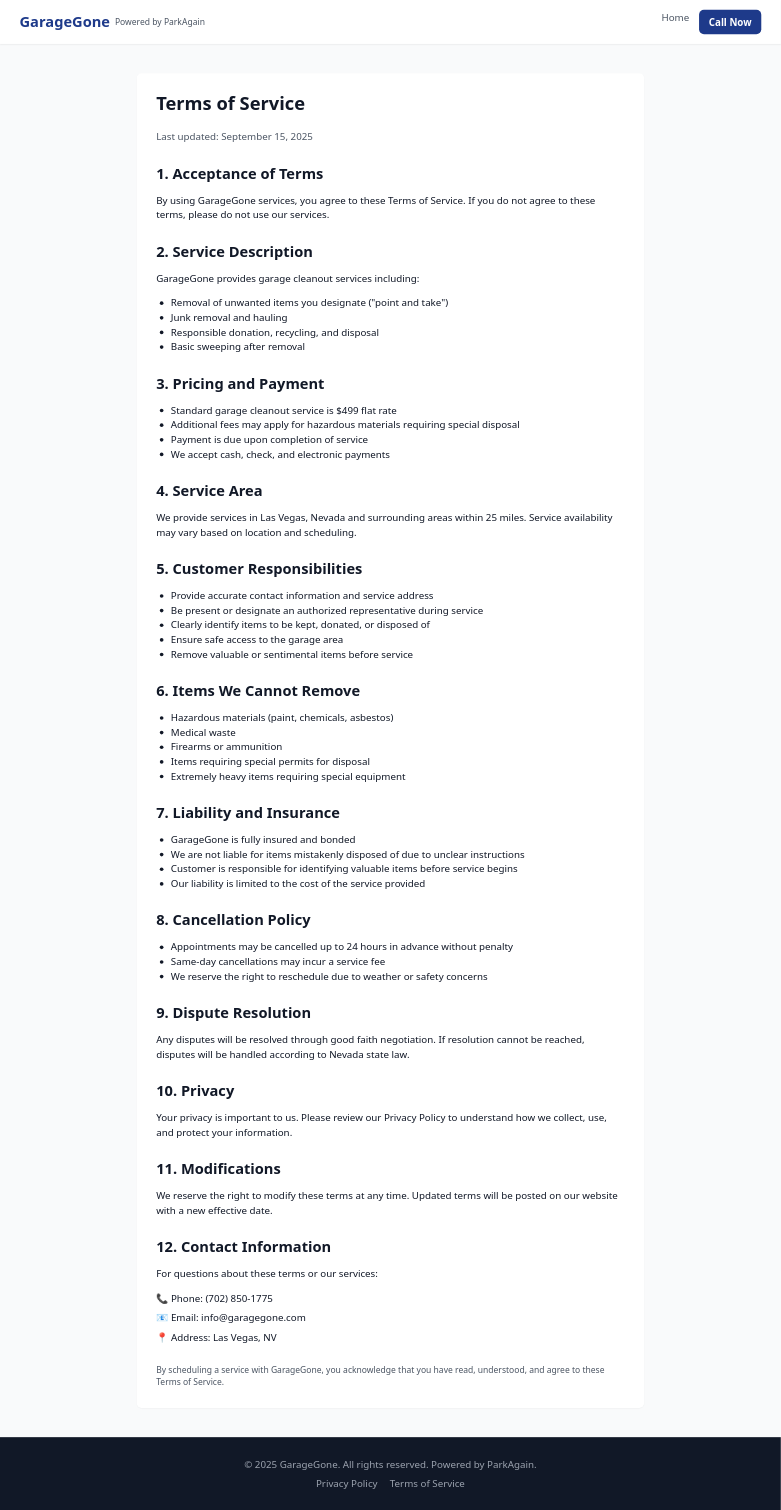
Repository: nikwhite1169/garagegone
Page: terms-of-service.html
These files come from the project's save history. The page is drawn as it stood at one moment and after the next save; the edit follows.
The browser window is 1280 px wide. The pictures show the whole page, at 61% of full size.
Some web libraries are served in a nearby version.

Above is the page before, as saved 2025-09-16 00:17:16.

After the next save:
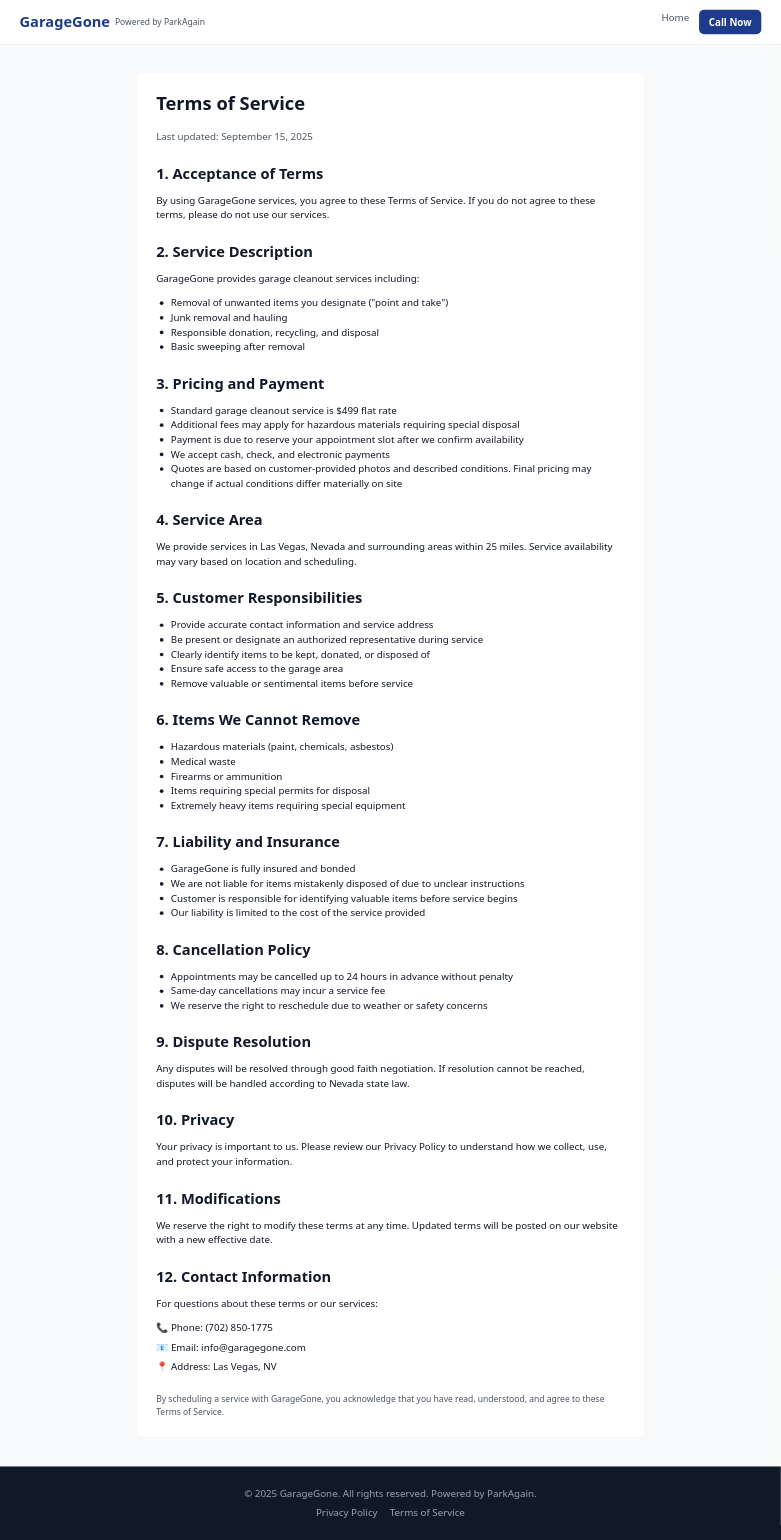
Saved 10 s later.
--- a/terms-of-service.html
+++ b/terms-of-service.html
@@ -72,8 +72,9 @@
                 <ul class="list-disc pl-6 mb-6">
                     <li>Standard garage cleanout service is $499 flat rate</li>
                     <li>Additional fees may apply for hazardous materials requiring special disposal</li>
-                    <li>Payment is due upon completion of service</li>
+                    <li>Payment is due to reserve your appointment slot after we confirm availability</li>
                     <li>We accept cash, check, and electronic payments</li>
+                    <li>Quotes are based on customer-provided photos and described conditions. Final pricing may change if actual conditions differ materially on site</li>
                 </ul>
 
                 <h2 class="text-2xl font-bold text-gray-900 mt-8 mb-4">4. Service Area</h2>
